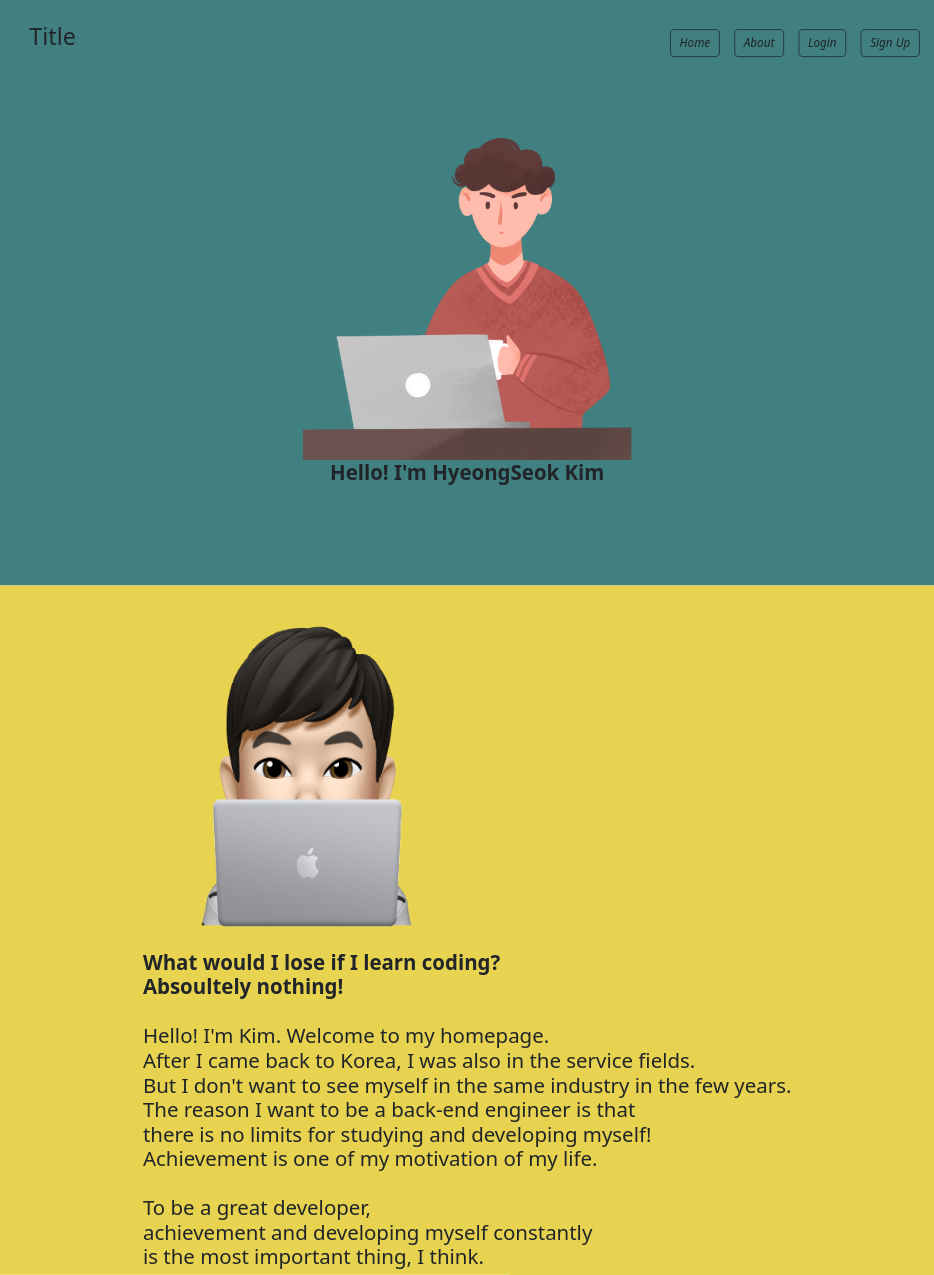
Repository: beruzz/ezen
Page: http://localhost/introduce/
The author's editor kept a copy of each file at every save. The page is drawn from the files as they stood at one save, then again after the next save.
The browser window is 1280 px wide. The pictures show the whole page, at 73% of full size.
The page is served by Tomcat 9. The template is opened directly, without the code that normally fills it, so the values that code supplies are empty.

Above is the page before, as saved 2022-12-14 08:31:16.
Not found: JSP_Board&Member/introduce/images/bg.jpg

After the next save:
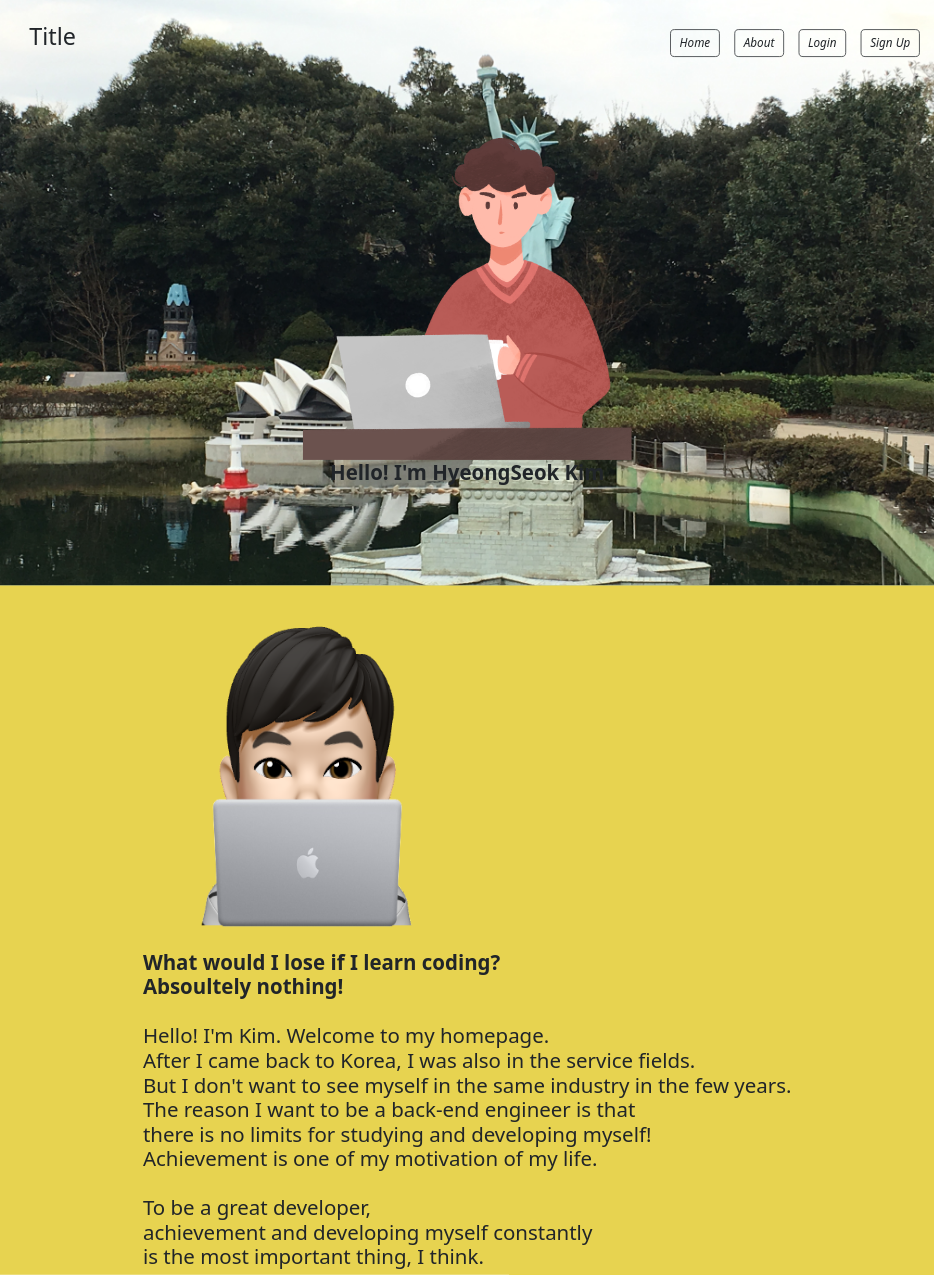
Saved 2 min 6 s later.
--- a/JSP_Board&Member/introduce/src/main/webapp/css/main.css
+++ b/JSP_Board&Member/introduce/src/main/webapp/css/main.css
@@ -12,7 +12,7 @@ header {
 }
 
 .one {
-	background-image: url("/images/bg.jpg");
+	background-image: url("./images/bg.jpg");
 	background-size: cover;
 	text-align: center;
 	padding-top: 180px;
